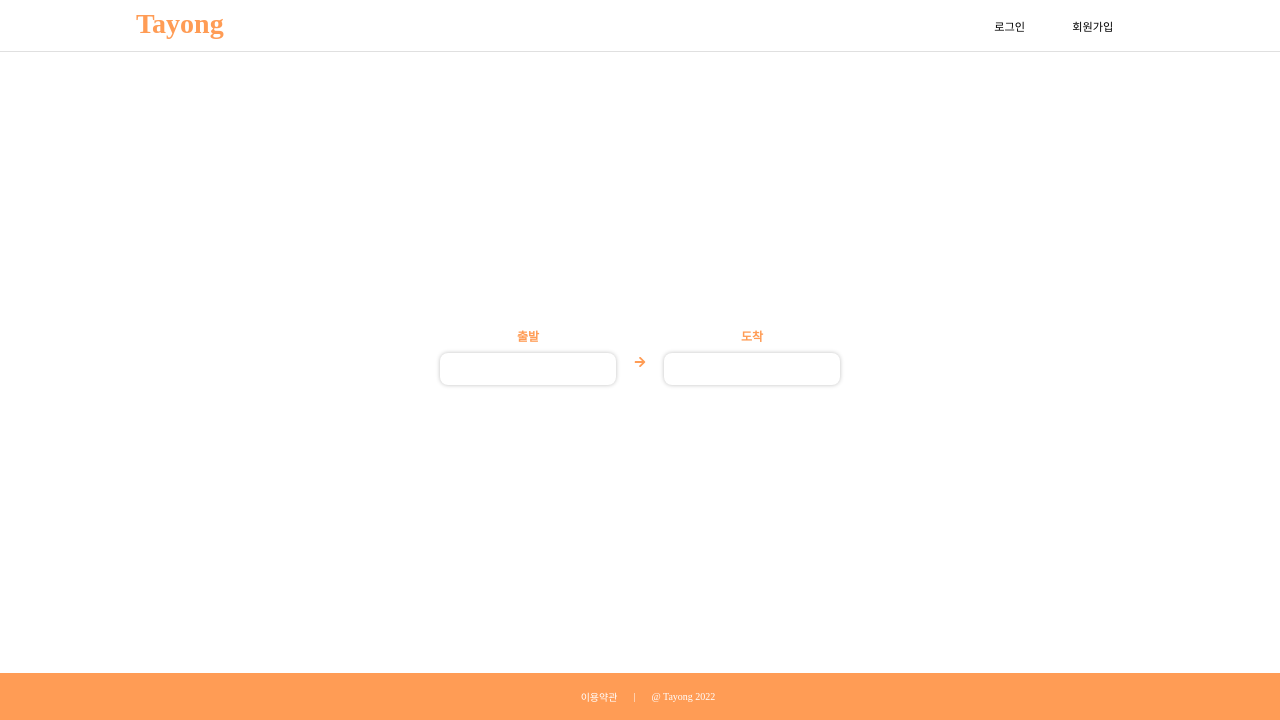
Repository: YEOMJINSEOP/playground
Page: /list (app in tayong/)
The author's editor kept a copy of each file at every save. The page is drawn from the files as they stood at one save, then again after the next save.
The browser window is 1280 px wide. The pictures show the whole page.
The project was rebuilt for these pictures with package versions that can differ from the ones it lists, and the page was loaded fresh each time. Also part of the build but not shown: tayong/src/components/departure/departure.module.css, tayong/src/components/departure/departure.jsx, tayong/src/components/arrival/arrival.module.css, tayong/src/components/arrival/arrival.jsx, tayong/src/components/locationSelector/locationSelector.jsx, tayong/src/pages/Home.jsx.

Above is the page before, as saved 2022-11-01 13:39:40.

### tayong/public/index.html
<!DOCTYPE html>
<html lang="en">
  <head>
    <base href="/" />
    <meta charset="utf-8" />
    <link rel="icon" href="%PUBLIC_URL%/favicon.ico" />
    <meta name="viewport" content="width=device-width, initial-scale=1" />
    <meta name="theme-color" content="#000000" />
    <meta
      name="description"
      content="Web site created using create-react-app"
    />
    <link rel="apple-touch-icon" href="%PUBLIC_URL%/logo192.png" />
    <!--
      manifest.json provides metadata used when your web app is installed on a
      user's mobile device or desktop. See https://developers.google.com/web/fundamentals/web-app-manifest/
    -->
    <link rel="manifest" href="%PUBLIC_URL%/manifest.json" />
    <!--
      Notice the use of %PUBLIC_URL% in the tags above.
      It will be replaced with the URL of the `public` folder during the build.
      Only files inside the `public` folder can be referenced from the HTML.

      Unlike "/favicon.ico" or "favicon.ico", "%PUBLIC_URL%/favicon.ico" will
      work correctly both with client-side routing and a non-root public URL.
      Learn how to configure a non-root public URL by running `npm run build`.
    -->
    <title>React App</title>
  </head>
  <body>
    <noscript>You need to enable JavaScript to run this app.</noscript>
    <div id="root"></div>
    <!--
      This HTML file is a template.
      If you open it directly in the browser, you will see an empty page.

      You can add webfonts, meta tags, or analytics to this file.
      The build step will place the bundled scripts into the <body> tag.

      To begin the development, run `npm start` or `yarn start`.
      To create a production bundle, use `npm run build` or `yarn build`.
    -->
  </body>
</html>

### tayong/src/App.js
import styles from './App.module.css';
import { createBrowserRouter, RouterProvider } from 'react-router-dom';
import Home from './pages/Home';
import List from './pages/List';

const router = createBrowserRouter([
  {
    path: "/",
    element: <Home/>,
    errorElement: <p>Error Page🐶</p>
  },
  {
    path: "/list/*",
    element: <List/>,
    errorElement: <p>Error Page🐶: list</p>
  }
])

function App() {


  return (
    <RouterProvider router={router}/>
  );
}

export default App;

### tayong/src/App.module.css
:root{

  /* color */
  --color-orange: #FF9C55;
  --color-light-grey: #e0e0e0;
  --color-white: #ffffff;
  --color-black: #201F1E;

  /* font size */
  --font-large: 48px;
  --font-medium: 28px;
  --font-regular: 18px;
  --font-small: 14px;
  --font-semi-small: 12px;
  --font-micro: 10px;

  /* font weight */
  --weight-bold: 700;
  --weight-semi-bold: 600;
  --weight-regular: 400;

 /* border weight */
 --border-weight: 1.5px;

 /* border radius */
 --border-radius: 0.7rem;
}

/* universal setting*/
*{
  margin: 0;
  box-sizing: border-box;
}

input:focus{
  outline: none;
}

button{
  border: none;
  cursor: pointer;
  background-color: transparent;
}

### tayong/src/pages/List.jsx
import React from 'react';
import Footer from '../components/footer/footer';
import Header from '../components/header/header';
import MeetList from '../components/list/meetList';

function List(props) {
  return (
    <>
      <Header/>
      <MeetList/>
      <Footer/>
    </>
  );
}

export default List;

### tayong/src/components/header/header.jsx
import React from 'react';
import styles from './header.module.css';

function Header(props) {
  return (
    <>
      <nav className={styles.navbar}>
        <p className={styles.logo}>Tayong</p>
        <div className={styles.navbarBtn}>
          <button className={styles.btn}>로그인</button>
          <button className={styles.btn}>회원가입</button>
        </div>
      </nav>
    </>
  );
}

export default Header;

### tayong/src/components/footer/footer.jsx
import React from 'react';
import styles from './footer.module.css';

function Footer(props) {
  return (
     <footer className={styles.footer}>
      <p className={styles.contract}>이용약관</p>
      <p> | </p>
      <p className={styles.name}>@ Tayong 2022</p>
     </footer>
  );
}

export default Footer;

### tayong/src/components/list/meetList.jsx
import React, { useEffect } from 'react';
import { useState } from 'react';
import {v4 as uuidV4} from 'uuid';
import styles from './meetList.module.css';
import { FaArrowRight } from 'react-icons/fa';
import { useParams } from 'react-router-dom';


function MeetList(props) {

  const [meetList, setMeetList] = useState([]);
  let param = useParams();
  // console.log(param['*']);
  const depLoc = param['*'].split('/')[0];
  const arrLoc = param['*'].split('/')[1]
  console.log(param['*'].split('/'));

  useEffect(() => {
    fetch('data/meet.json')
    .then(res => res.json())
    .then(data => {
      console.log('데이터를 잘 받아왔습니다.');
      setMeetList(data);
    });
  }, [])

  return (
    <div className={styles.meetList}>
      <div className={styles.location}>
        <div className={styles.locationDeparture}>
          <label htmlFor='departure'>출발</label>
          <input readOnly={true}
              type="text"
              id='departure'
              name='departure'
              value = {depLoc}
          />
        </div>
      <FaArrowRight className={styles.locationArrow}/>
      <div className={styles.locationArrival}>
        <label htmlFor='arrival'>도착</label>
          <input
              readOnly={true}
              type="text"
              id='arrival'
              name='arrival'
              value = {arrLoc}
          />
        </div>
      </div>
    <div className={styles.listContainer}>
    <ul className={styles.list}>
        {meetList.map((item) => {
          if(item.departure == depLoc && item.arrival == arrLoc){
            return (
              <li className={styles.meet} key={item.id}>
                <div className={styles.infoImage}></div>
                <div className={styles.infoLocation}>
                  <p className={styles.infoDeparture}><span>출발</span>{item.departure}</p>
                  <FaArrowRight className={styles.arrow}/>
                  <p><span>도착</span>{item.arrival}</p>
                </div>
                <div className={styles.infoSet}>
                  <p className={styles.infoRecruitment}><span>모집인원</span>{item.recruitment}</p>
                  <p className={styles.infoTime}><span>마감시간</span>{item.remainingTime}</p>
                </div>
              </li>
              )
          }
        })}
      </ul>

    </div>
    </div>
  );
}

export default MeetList;

### tayong/src/components/header/header.module.css
@import '../../App.module.css';

button{
  width: 4rem;
  font-size: 0.7rem;
}

.navbar{
  width: 100%;
  padding: 0.5rem;

  position: fixed;

  background-color: var(--color-white);
  border-bottom: var(--border-weight) solid var(--color-light-grey);
  display: flex;
  justify-content: space-between;
}

.logo{
  font-size: var(--font-medium);
  font-weight: bold;
  color: var(--color-orange);
  padding-left: 8rem;
  margin-bottom: 0.2rem;
  cursor: pointer;
}

.navbarBtn{
  display: flex;
  flex-direction: row;
  align-items: center;
  padding-right: 8rem;
}

.btn{
  margin-right: 1.2rem;
  height: 1.2rem;
  padding: 0;
  cursor: pointer;
}

### tayong/src/components/footer/footer.module.css
@import '../../App.module.css';

.footer{
  width: 100%;
  padding: 1rem;

  position: fixed;
  bottom: 0;

  background-color: var(--color-orange);
  color: var(--color-white);

  display: flex;
  flex-direction: row;
  justify-content: center;
  align-items: center;
  font-size: var(--font-micro)
}

p{
  padding-left: 1rem;
}

.contract:hover{
  cursor: pointer;
}

### tayong/src/components/locationSelector/locationSelector.module.css
@import '../../App.module.css';

.locationSelector{
  position: fixed;

  width: 100%;
  margin: auto;
  top: 35%;

  display: flex;
  flex-direction: column;
  align-items: center;
}

.location{
  display: flex;
  flex-direction: row;
  justify-content: space-between;
  margin-bottom: 30px;
}

.arrow{
  display: flex;
  align-items:center;
  padding-top: 2.8rem;
  font-size: var(--font-small);
  color: var(--color-orange);
}


.submitBtn{
  outline: none;
  width: 8rem;
  height: 2rem;
  color: var(--color-white);
  font-size: var(--font-micro);
  font-weight: var(--weight-bold);
  background-color: var(--color-orange);
  border-radius: var(--border-radius) ;
}

### tayong/src/components/list/meetList.module.css
@import '../../App.module.css';

.meetList{
  position: fixed;
  top: 3.5rem;
  bottom: 3.5rem;

  width: 100vw;

  padding: 0 0.rem;
  margin: auto;

  display: flex;
  flex-direction: column;
  justify-content: center;
  align-items: center;

}

.location{
  position: relative;
  display: flex;
  flex-direction: row;
  justify-content: space-around;
  text-align: center;
}

.locationDeparture, .locationArrival{
  display: flex;
  flex-direction: column;
  font-size: var(--font-semi-small);
  color: var(--color-orange);
  font-weight: var(--weight-bold);
  margin: 1rem;
}


.location input{
  width: 11rem;
  height: 2rem;
  margin: 0.5rem;
  padding: 0 0.5rem;

  text-align: center;
  background-color: var(--color-white);
  box-shadow: 0px 0px 4px rgba(0, 0, 0, 0.25);
  border: none;
  border-radius: 0.5rem;

  font-size: var(--font-semi-small);
  font-weight: var(--weight-regular);

}

.locationArrow{
  position: absolute;
  font-size: var(--font-semi-small);
  color: var(--color-orange);
  top: 45px;
}

.listContainer{
  position: absolute;
  top: 20%;
}

.list{
  overflow-y:scroll;
  padding: 0;
  list-style: none;

  display: grid;
  grid-template-columns: repeat(4, 20%);
  column-gap: 3rem;



  /* display: flex;
  justify-content: center;
  flex-wrap: wrap; */
}

.meet{
  width: 100%;
  height: 10.5rem;
  background-color: var(--color-white);
  box-shadow: 0px 0px 4px rgba(0, 0, 0, 0.25);
  border-radius: 1rem;
  margin: 1rem 1rem;
}

.infoImage{
  width: 100%;
  height: 4rem;
  background-color: lightyellow;
  border-radius: 1rem 1rem 0 0;
}

.infoLocation{
  height: 4rem;
  display: flex;
  flex-direction: row;
  justify-content: center;
  padding: 0 0.5rem;
  align-items: center;
}

.infoLocation p{
  padding-left:0;
  display: flex;
  flex-direction: column;
  align-items: center;
  text-align: center;
  margin: 0 0.5rem;
  font-size: var(--font-semi-small);
  font-weight: var(--weight-bold);
}

.infoLocation span{
  width: 1.8rem;
  font-size: var(--font-micro);
  box-shadow: 0px 0px 1px rgba(0, 0, 0, 0.25);
  border-radius: 2px;
  margin-bottom: 0.5rem;
}

.arrow{
  position: relative;
  margin: 0 0.5rem;
  top: 0.5rem;
  font-size: var(--font-micro);
  color: var(--color-orange);
}

.infoSet{
  height: 2.5rem;
  display: flex;
  flex-direction: row;
  justify-content: space-around;
  align-items: center;
  padding-right:0.5rem;
}

.infoSet span{
  font-size: var(--font-micro);
  box-shadow: 0px 0px 1px rgba(0, 0, 0, 0.25);
  border-radius: 2px;
  padding: 0.2rem;
  margin-right: 0.5rem;
  margin-bottom: 0.5rem;
}

.infoSet p{
  text-align: center;
  font-size: var(--font-micro);
  font-weight: var(--weight-regular);
  text-align: center;
}

.infoRecruitment span{
  width: 5rem;
}

### tayong/public/data/meet.json
[
    {
      "id": 1,
      "departure": "디지털미디어시티",
      "arrival": "한국항공대학교",
      "recruitment": "2명/4명",
      "remainingTime": "1시간 27분 남음"
    },
    {
      "id": 2,
      "departure": "디지털미디어시티",
      "arrival": "한국항공대학교",
      "recruitment": "2명/4명",
      "remainingTime": "1시간 27분 남음"
    },
    {
      "id": 3,
      "departure": "행신역",
      "arrival": "한국항공대학교",
      "recruitment": "2명/4명",
      "remainingTime": "1시간 27분 남음"
    },
    {
      "id": 4,
      "departure": "디지털미디어시티",
      "arrival": "한국항공대학교",
      "recruitment": "2명/4명",
      "remainingTime": "1시간 27분 남음"
    },
    {
      "id": 5,
      "departure": "디지털미디어시티",
      "arrival": "한국항공대학교",
      "recruitment": "2명/4명",
      "remainingTime": "1시간 27분 남음"
    },
    {
      "id": 6,
      "departure": "디지털미디어시티",
      "arrival": "한국항공대학교",
      "recruitment": "2명/4명",
      "remainingTime": "1시간 27분 남음"
    },
    {
      "id": 7,
      "departure": "디지털미디어시티",
      "arrival": "한국항공대학교",
      "recruitment": "2명/4명",
      "remainingTime": "1시간 27분 남음"
    },
    {
      "id": 8,
      "departure": "디지털미디어시티",
      "arrival": "한국항공대학교",
      "recruitment": "2명/4명",
      "remainingTime": "1시간 27분 남음"
    },
    {
      "id": 9,
      "departure": "디지털미디어시티",
      "arrival": "한국항공대학교",
      "recruitment": "2명/4명",
      "remainingTime": "1시간 27분 남음"
    },
    {
      "id": 10,
      "departure": "디지털미디어시티",
      "arrival": "한국항공대학교",
      "recruitment": "2명/4명",
      "remainingTime": "1시간 27분 남음"
    },
    {
      "id": 11,
      "departure": "디지털미디어시티",
      "arrival": "한국항공대학교",
      "recruitment": "2명/4명",
      "remainingTime": "1시간 27분 남음"
    },
    {
      "id": 12,
      "departure": "디지털미디어시티",
      "arrival": "한국항공대학교",
      "recruitment": "2명/4명",
      "remainingTime": "1시간 27분 남음"
    },
    {
      "id": 13,
      "departure": "디지털미디어시티",
      "arrival": "한국항공대학교",
      "recruitment": "2명/4명",
      "remainingTime": "1시간 27분 남음"
    }



]

Loaded but not shown: tayong/src/index.js (common file); tayong/src/index.css (common file); tayong/src/reportWebVitals.js (common file)

After the next save:
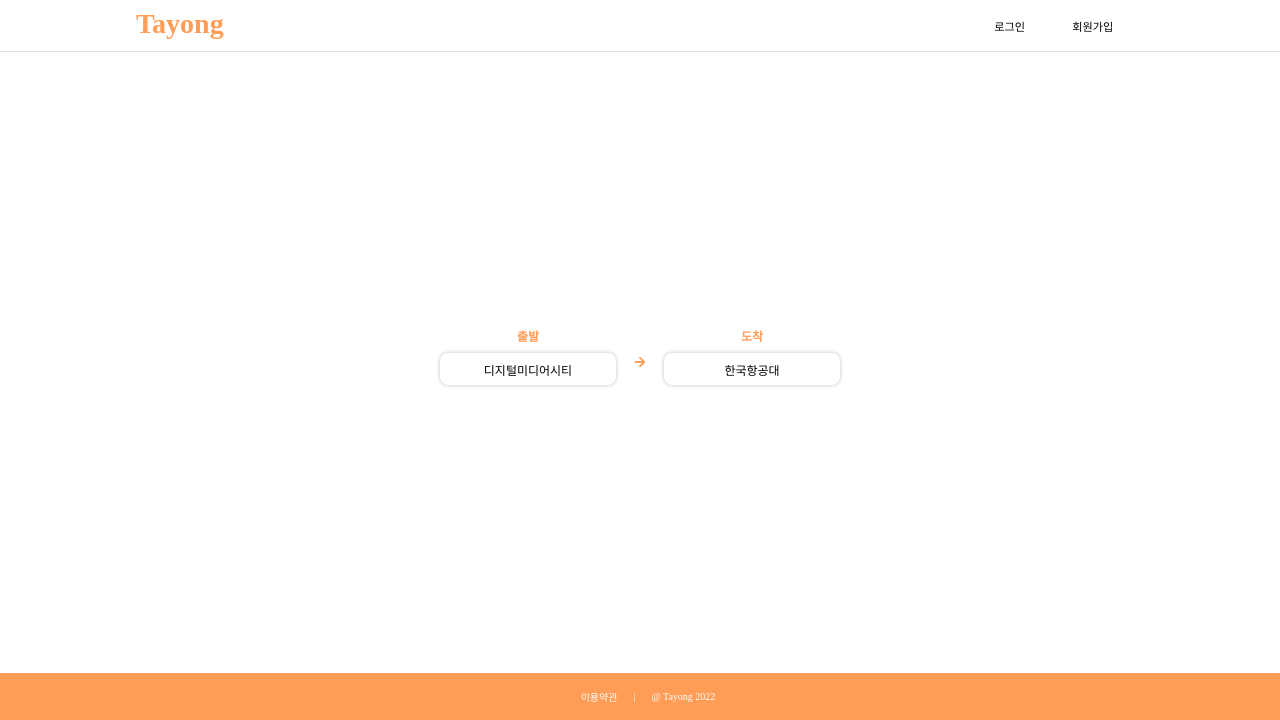
Saved 47 s later.
--- a/tayong/src/components/list/meetList.jsx
+++ b/tayong/src/components/list/meetList.jsx
@@ -1,19 +1,14 @@
 import React, { useEffect } from 'react';
 import { useState } from 'react';
-import {v4 as uuidV4} from 'uuid';
 import styles from './meetList.module.css';
 import { FaArrowRight } from 'react-icons/fa';
 import { useParams } from 'react-router-dom';
 
 
 function MeetList(props) {
-
   const [meetList, setMeetList] = useState([]);
   let param = useParams();
-  // console.log(param['*']);
-  const depLoc = param['*'].split('/')[0];
-  const arrLoc = param['*'].split('/')[1]
-  console.log(param['*'].split('/'));
+  console.log(param['*']);
 
   useEffect(() => {
     fetch('data/meet.json')
@@ -29,48 +24,33 @@ function MeetList(props) {
       <div className={styles.location}>
         <div className={styles.locationDeparture}>
           <label htmlFor='departure'>출발</label>
-          <input readOnly={true}
+          <input
               type="text"
               id='departure'
               name='departure'
-              value = {depLoc}
+              value = '디지털미디어시티'
+              onChange={() => {
+                console.log('');
+              }}
           />
         </div>
       <FaArrowRight className={styles.locationArrow}/>
       <div className={styles.locationArrival}>
         <label htmlFor='arrival'>도착</label>
           <input
-              readOnly={true}
               type="text"
               id='arrival'
               name='arrival'
-              value = {arrLoc}
+              value = '한국항공대'
+              onChange={() => {
+                console.log('');
+              }}
           />
         </div>
       </div>
-    <div className={styles.listContainer}>
-    <ul className={styles.list}>
-        {meetList.map((item) => {
-          if(item.departure == depLoc && item.arrival == arrLoc){
-            return (
-              <li className={styles.meet} key={item.id}>
-                <div className={styles.infoImage}></div>
-                <div className={styles.infoLocation}>
-                  <p className={styles.infoDeparture}><span>출발</span>{item.departure}</p>
-                  <FaArrowRight className={styles.arrow}/>
-                  <p><span>도착</span>{item.arrival}</p>
-                </div>
-                <div className={styles.infoSet}>
-                  <p className={styles.infoRecruitment}><span>모집인원</span>{item.recruitment}</p>
-                  <p className={styles.infoTime}><span>마감시간</span>{item.remainingTime}</p>
-                </div>
-              </li>
-              )
-          }
-        })}
-      </ul>
+      <div className={styles.listContainer}>
 
-    </div>
+      </div>
     </div>
   );
 }
